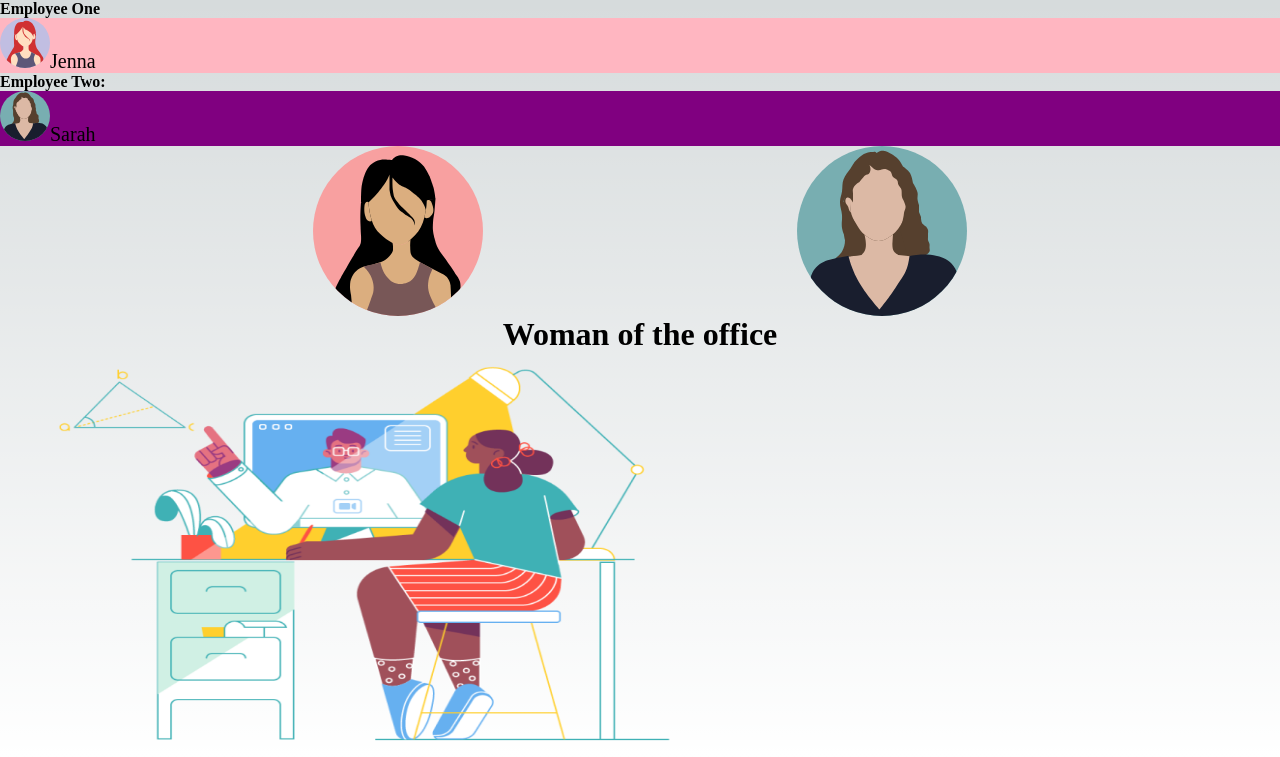
Repository: bguemos/week3example
Page: /About
These files come from the project's save history. The page is drawn as it stood at one moment and after the next save; the edit follows.
The browser window is 1280 px wide. The pictures show the whole page.
The project was rebuilt for these pictures with package versions that can differ from the ones it lists, and the page was loaded fresh each time. The framework's server and built-in components were replaced by stand-ins that run in the browser. Also part of the build but not shown: next.config.js.

Above is the page before, as saved 2023-01-23 13:43:19.

### pages/About.js
import Head from 'next/head'
import Image from 'next/image'
import { Inter } from '@next/font/google'
import styles from '@/styles/info.module.css'
import data from '../data/employee.json'
import { useState } from 'react'
import CardEmployee from '../components/CardEmployee'
import Link from 'next/link'


export default function About() {
    const [information, setInformation] = useState([...data])
     console.log(data);
  return (
    <>

        <main className={styles.background}>
        <code className={styles.code}></code>

        <div className={styles.grid}>
            <b> Employee One </b>
                {information && information.map((info, index) => {
                if (info.position === "manager") {
                    return (
                        <div key={index}>
                            <CardEmployee employeeName={info.name} colour="lightPink" font="20px" />
                        </div>
                    )}
                })}
            <b> Employee Two:</b>
                {information && information.map((info, index) => {
                if (info.position === "ceo") {
                    return (
                        <div key={index}>
                            <CardEmployee employeeName={info.name} colour="purple" font="20px" />
                        </div>
                    )}
                })}
        </div>
        <div className={styles.images}>
            <img
            src="/assets/woman5.svg"
            alt="logo"

         />
         <img
         src="/assets/woman2.svg"
         alt="pic"
        />
        </div>
        <h1 className={styles.header}> Woman of the office</h1>

        </main>
        <img className={styles.graphic}
        src="/assets/office.png"
        alt="office"
        height={400}
        width={750}

        />
    </>
  )
}

### styles/info.module.css
.images{
    justify-content: space-evenly;
    display: flex;
    flex-direction: row;

}
.header{
  display: flex;
  flex-direction: row;
  justify-content: space-around;
}

.graphic{
  align-items: center;
  justify-content: space-around;
}

### data/employee.json
[
    {
        "name": "Jenna",
        "position": "manager",
        "department":"corporate",
        "yearsWorked": 4
    },
    {
        "name": "Natalie",
        "position": "general manager",
        "department":"corporate",
        "yearsWorked": 15

    },
    {
        "name":"Sarah",
        "position": "ceo",
        "department":"corporate",
        "yearsWorked": 20
    }


]

### components/CardEmployee/index.js
export default function CardEmployee({
    employeeName= "none",
    colour= "orange",
    font = "0",
    image = "Woman3.svg"
}) {
    return(
        <div style={{backgroundColor: colour, fontSize:font}}>
         {
            colour === "lightPink" ? <img src={'/assets/Womanred.svg'} width="50"/> :

            colour === "purple" ? <img src={'/assets/Woman2.svg'} width="50"/>:
                                  <img src={image} width="50" />
         }
        {employeeName}
        </div>
    )
}

Loaded but not shown: pages/_app.js (common file); pages/_document.js (common file); styles/globals.css (common file)

After the next save:
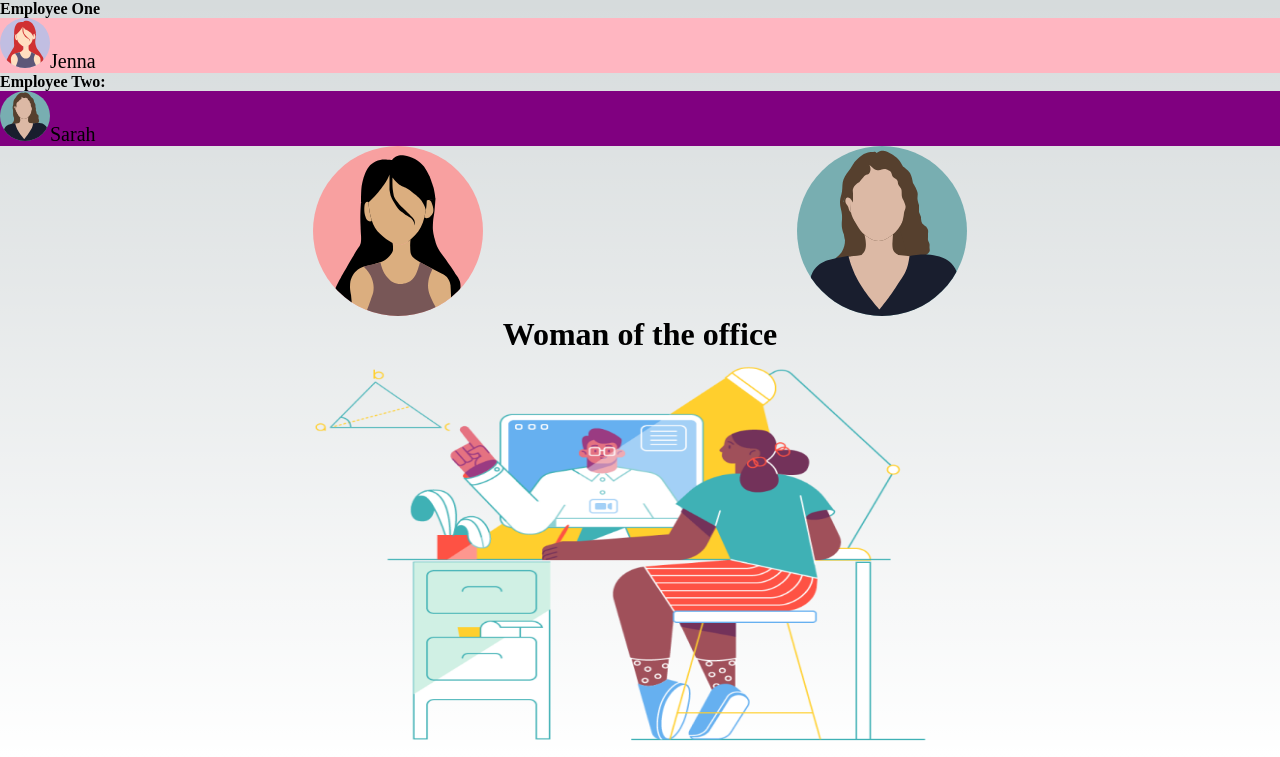
Saved 12 s later.
--- a/styles/info.module.css
+++ b/styles/info.module.css
@@ -11,6 +11,5 @@
 }
 
 .graphic{
-  align-items: center;
-  justify-content: space-around;
+margin-left: 20%;
 }
